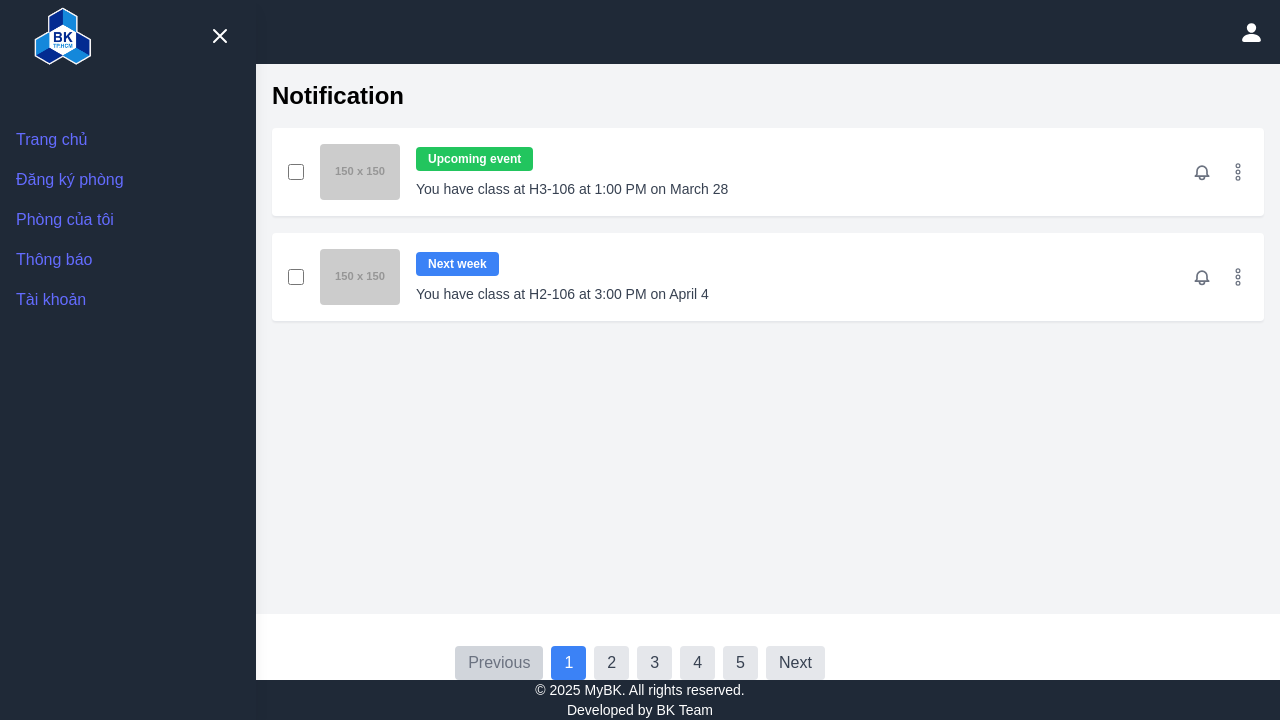
Repository: CNPM-S3MRS/frontend-web
Page: /notification
An editor plug-in stored every save of this project. The page is shown before and after the next save, followed by the edit.
The browser window is 1280 px wide. The pictures show the whole page.
The project was rebuilt for these pictures with package versions that can differ from the ones it lists, and the page was loaded fresh each time. Also part of the build but not shown: vite.config.js, src/pages/auth/Login.jsx.

Above is the page before, as saved 2025-04-09 03:08:10.

### src/App.jsx
import { BrowserRouter as Router, Routes, Route } from 'react-router-dom';
import Login from '@/pages/auth/Login';
import Notification from './pages/notification/notification';

function App() {
  return (
    <Router>
      <Routes>
        <Route path="/login" element={<Login />} />
        <Route path="/notification" element={<Notification />} /> {/* Add this route */}
        <Route path="/" element={<div>Trang chủ</div>} />
      </Routes>
    </Router>
  );
}

export default App;

### src/index.css
@tailwind base;
@tailwind components;
@tailwind utilities;


:root {
  font-family: system-ui, Avenir, Helvetica, Arial, sans-serif;
  line-height: 1.5;
  font-weight: 400;

  color-scheme: light dark;
  color: rgba(255, 255, 255, 0.87);
  background-color: #242424;

  font-synthesis: none;
  text-rendering: optimizeLegibility;
  -webkit-font-smoothing: antialiased;
  -moz-osx-font-smoothing: grayscale;
}

a {
  font-weight: 500;
  color: #646cff;
  text-decoration: inherit;
}
a:hover {
  color: #535bf2;
}

/* body {
  margin: 0;
  display: flex;
  place-items: center;
  min-width: 320px;
  min-height: 100vh;
} */

h1 {
  font-size: 3.2em;
  line-height: 1.1;
}

.header-button {
  background: none;
  border: none;
  color: inherit;
  cursor: pointer;
  padding: 0;
  display: inline-flex;
  align-items: center;
  justify-content: center;
}


.sidebar-button {
  background: none;
  border: none;
  color: inherit;
  cursor: pointer;
  padding: 0.5rem;
  display: inline-flex;
  align-items: center;
  justify-content: center;
}

button {
  border-radius: 8px;
  border: 1px solid transparent;
  padding: 0.6em 1.2em;
  font-size: 1em;
  font-weight: 500;
  font-family: inherit;
  background-color: #1a1a1a;
  cursor: pointer;
  transition: border-color 0.25s;
}
button:hover {
  border-color: #646cff;
}
button:focus,
button:focus-visible {
  outline: 4px auto -webkit-focus-ring-color;
}
h1 {
  font-size: 1.5rem;
  font-weight: bold;
  margin-bottom: 1rem;
}
body {
  font-family: Arial, sans-serif;
  background-color: #ffffff;
  color: #000000;
}

input[type="checkbox"] {
  width: 1rem;
  height: 1rem;
}

@media (prefers-color-scheme: light) {
  :root {
    color: #213547;
    background-color: #ffffff;
  }
  a:hover {
    color: #747bff;
  }
  button {
    background-color: #f9f9f9;
  }
}

### src/pages/notification/notification.jsx
import React, { useState } from "react";
import Sidebar from "../../components/bars/Sidebar";
import NotificationCard from "../../components/card/NotificationCard";
import Header from "../../components/header/Header";
import Footer from "../../components/footer/Footer";
import Pagination from "../../components/pagination/Pagination";

const Notification = () => {
  const [isSidebarOpen, setIsSidebarOpen] = useState(true); // Sidebar is visible by default
  const [currentPage, setCurrentPage] = useState(1);
  const totalPages = 5;
  const handlePageChange = (page) => {
    setCurrentPage(page);
    console.log(`Current Page: ${page}`);
    // Add logic to fetch or display data for the selected page
  };

  return (
    <div className="flex flex-col h-screen">
      {/* Header */}
      <Header isSidebarOpen={isSidebarOpen} setIsSidebarOpen={setIsSidebarOpen} />

      <div className="flex flex-grow">
        {/* Sidebar */}
        <Sidebar isSidebarOpen={isSidebarOpen} setIsSidebarOpen={setIsSidebarOpen} />

        {/* Main Content */}
        <div
          className={`flex-grow p-4 bg-gray-100 transition-all duration-300 ${
            isSidebarOpen ? "ml-64" : "ml-0"
          }`}
        >
          <h1 className="text-2xl font-bold mb-4">Notification</h1>

          {/* Example Notification Cards */}
          <NotificationCard
            image="https://via.placeholder.com/150"
            status="Upcoming event"
            statusColor="green"
            message="You have class at H3-106 at 1:00 PM on March 28"
          />
          <NotificationCard
            image="https://via.placeholder.com/150"
            status="Next week"
            statusColor="blue"
            message="You have class at H2-106 at 3:00 PM on April 4"
          />
        </div>
      </div>
      {/* Pagination */}
      <div className="flex justify-center mt-4">
            <Pagination
              currentPage={currentPage}
              totalPages={totalPages}
              onPageChange={handlePageChange}
            />
      </div>
      {/* Footer */}
      <Footer />
    </div>
  );
};

export default Notification;

### src/components/bars/Sidebar.jsx
import React from "react";
import { NavLink } from "react-router-dom";
import LogoBK from "../../assets/LogoBK.jpg"; // Adjust the path as necessary
const Sidebar = ({ isSidebarOpen, setIsSidebarOpen }) => {
  return (
    <div
      className={`fixed inset-y-0 left-0 w-64 bg-gray-800 text-white shadow-lg z-50 transform ${
        isSidebarOpen ? "translate-x-0" : "-translate-x-full"
      } transition-transform duration-300`}
    >
      <div className="flex items-center content-center">
        <img src={LogoBK} alt="Logo" className="w-17 h-20 object-contain" />
      </div>
      {/* Close Button */}
      <button
        onClick={() => setIsSidebarOpen(false)}
        className="sidebar-button absolute top-4 right-4 text-white focus:outline-none"
        aria-label="Close Sidebar"
      >
        <svg
          xmlns="http://www.w3.org/2000/svg"
          width="24"
          height="24"
          fill="none"
          viewBox="0 0 24 24"
          stroke="currentColor"
        >
          <path
            strokeLinecap="round"
            strokeLinejoin="round"
            strokeWidth={2}
            d="M6 18L18 6M6 6l12 12"
          />
        </svg>
      </button>

      {/* Sidebar Links */}
      <ul className="mt-8 space-y-4 p-4">
        <li>
          <NavLink to="/" className="hover:text-gray-400">
            Trang chủ
          </NavLink>
        </li>
        <li>
          <NavLink to="/register-room" className="hover:text-gray-400">
            Đăng ký phòng
          </NavLink>
        </li>
        <li>
          <NavLink to="/my-rooms" className="hover:text-gray-400">
            Phòng của tôi
          </NavLink>
        </li>
        <li>
          <NavLink to="/notification" className="hover:text-gray-400">
            Thông báo
          </NavLink>
        </li>
        <li>
          <NavLink to="/account" className="hover:text-gray-400">
            Tài khoản
          </NavLink>
        </li>
      </ul>
    </div>
  );
};

export default Sidebar;

### src/components/card/NotificationCard.jsx
import React from "react";

const NotificationCard = ({ image, status, statusColor, message }) => {
  const statusColorClass = {
    green: "bg-green-500",
    blue: "bg-blue-500",
    red: "bg-red-500",
  };
  return (
    <div className="flex items-center justify-between w-full p-4 border-b bg-white shadow-sm rounded mb-4">
      {/* Left Section */}
      <div className="flex items-center space-x-4">
        {/* Checkbox */}
        <input type="checkbox" className="w-4 h-4" />

        {/* Image */}
        <img
          src={image}
          alt="Notification"
          className="w-20 h-14 object-cover rounded"
        />

        {/* Content */}
        <div>
          {/* Status Badge */}
          <span
            className={`inline-block px-3 py-1 text-xs font-semibold text-white rounded ${
              statusColorClass[statusColor] || "bg-gray-500"
            }`}
          >
            {status}
          </span>
          {/* Message */}
          <p className="text-sm text-gray-700 mt-2">{message}</p>
        </div>
      </div>

      {/* Right Section (Icons) */}
      <div className="flex items-center space-x-4">
        {/* Bell Icon */}
        <svg
          xmlns="http://www.w3.org/2000/svg"
          className="h-5 w-5 text-gray-500"
          fill="none"
          viewBox="0 0 24 24"
          stroke="currentColor"
        >
          <path
            strokeLinecap="round"
            strokeLinejoin="round"
            strokeWidth={2}
            d="M15 17h5l-1.405-1.405A2.032 2.032 0 0118 14.158V11a6 6 0 10-12 0v3.159c0 .538-.214 1.055-.595 1.436L4 17h5m6 0v1a3 3 0 11-6 0v-1m6 0H9"
          />
        </svg>

        {/* Three-Dot Icon */}
        <svg
          xmlns="http://www.w3.org/2000/svg"
          className="h-5 w-5 text-gray-500"
          fill="none"
          viewBox="0 0 16 16"
          stroke="currentColor"
        >
          <path
            strokeLinecap="round"
            strokeLinejoin="round"
            d="M9.5 13a1.5 1.5 0 1 1-3 0 1.5 1.5 0 0 1 3 0m0-5a1.5 1.5 0 1 1-3 0 1.5 1.5 0 0 1 3 0m0-5a1.5 1.5 0 1 1-3 0 1.5 1.5 0 0 1 3 0"
          />
        </svg>
      </div>
    </div>
  );
};

export default NotificationCard;

### src/components/header/Header.jsx
import React, { useState } from "react";
import { NavLink } from "react-router-dom";
import LogoBK from "../../assets/LogoBK.jpg"; // Adjust the path as necessary

const Header = ({ isSidebarOpen, setIsSidebarOpen }) => {
    return (
      <header className="flex items-center justify-between px-4 bg-gray-800 text-white">
        {/* Left Section: Hamburger Menu and Logo */}
        <div className="flex items-center space-x-2">
          {/* Hamburger Menu */}
          <button
            onClick={() => setIsSidebarOpen(!isSidebarOpen)}
            className="header-button focus:outline-none"
            aria-label="Toggle Sidebar"
          >
            <svg
              xmlns="http://www.w3.org/2000/svg"
              width="24"
              height="24"
              fill="currentColor"
              className="bi bi-list"
              viewBox="0 0 16 16"
            >
              <path
                fillRule="evenodd"
                d="M2.5 12a.5.5 0 0 1 .5-.5h10a.5.5 0 0 1 0 1H3a.5.5 0 0 1-.5-.5m0-4a.5.5 0 0 1 .5-.5h10a.5.5 0 0 1 0 1H3a.5.5 0 0 1-.5-.5m0-4a.5.5 0 0 1 .5-.5h10a.5.5 0 0 1 0 1H3a.5.5 0 0 1-.5-.5"
              />
            </svg>
          </button>

          {/* Logo */}
          <img src={LogoBK} alt="Logo" className="w-17 h-16 object-contain" />


        </div>
        {/* Account */}
        <button
            className="header-button focus:outline-none"
            aria-label="Login"
            onClick={() =>
                (window.location.href =
                  "https://sso.hcmut.edu.vn/cas/login?service=https://mybk.hcmut.edu.vn/my/homeSSO.action")
            }
        >
            <svg
            xmlns="http://www.w3.org/2000/svg"
            width="25"
            height="25"
            fill="currentColor"
            className="bi bi-person-circle"
            viewBox="0 0 16 16"
            >
            <path d="M3 14s-1 0-1-1 1-4 6-4 6 3 6 4-1 1-1 1zm5-6a3 3 0 1 0 0-6 3 3 0 0 0 0 6" />

            <path d="M8 8a2 2 0 1 0 0-4 2 2 0 0 0 0 4z" />
            <path
                fillRule="evenodd"
                d="M8 9a3 3 0 0 0-2.83 2h5.66A3 3 0 0 0 8 9z"
            />
            </svg>
        </button>
      </header>
    );
  };

  export default Header;

### src/components/footer/Footer.jsx
import React from "react";

const Footer = () => {
    return(
        <footer className="bg-gray-800 text-white">

            <div className="container mx-auto text-center">
                <p className="text-sm">&copy; {new Date().getFullYear()} MyBK. All rights reserved.</p>
                <p className="text-sm">Developed by BK Team</p>
            </div>
        </footer>
    );
};

export default Footer;

### src/components/pagination/Pagination.jsx
import React from "react";

const Pagination = ({ currentPage, totalPages, onPageChange }) => {
  const handlePrevious = () => {
    if (currentPage > 1) {
      onPageChange(currentPage - 1);
    }
  };

  const handleNext = () => {
    if (currentPage < totalPages) {
      onPageChange(currentPage + 1);
    }
  };

  const renderPageNumbers = () => {
    const pageNumbers = [];
    const maxVisiblePages = 5; // Maximum number of visible pages

    if (totalPages <= maxVisiblePages) {
      // Show all pages if total pages are less than or equal to maxVisiblePages
      for (let i = 1; i <= totalPages; i++) {
        pageNumbers.push(renderPageButton(i));
      }
    } else {
      // Show ellipsis for large page ranges
      if (currentPage > 2) {
        pageNumbers.push(renderPageButton(1)); // First page
        if (currentPage > 3) {
          pageNumbers.push(<span key="start-ellipsis">...</span>); // Ellipsis
        }
      }

      // Show current page and surrounding pages
      const startPage = Math.max(2, currentPage - 1);
      const endPage = Math.min(totalPages - 1, currentPage + 1);
      for (let i = startPage; i <= endPage; i++) {
        pageNumbers.push(renderPageButton(i));
      }

      if (currentPage < totalPages - 1) {
        if (currentPage < totalPages - 2) {
          pageNumbers.push(<span key="end-ellipsis">...</span>); // Ellipsis
        }
        pageNumbers.push(renderPageButton(totalPages)); // Last page
      }
    }

    return pageNumbers;
  };

  const renderPageButton = (page) => (
    <button
      key={page}
      onClick={() => onPageChange(page)}
      className={`px-3 py-1 mx-1 rounded ${
        page === currentPage
          ? "bg-blue-500 text-white"
          : "bg-gray-200 text-gray-700 hover:bg-gray-300"
      }`}
    >
      {page}
    </button>
  );

  return (
    <div className="flex items-center justify-center mt-4">
      {/* Previous Button */}
      <button
        onClick={handlePrevious}
        disabled={currentPage === 1}
        className={`px-3 py-1 mx-1 rounded ${
          currentPage === 1
            ? "bg-gray-300 text-gray-500 cursor-not-allowed"
            : "bg-gray-200 text-gray-700 hover:bg-gray-300"
        }`}
      >
        Previous
      </button>

      {/* Page Numbers */}
      {renderPageNumbers()}

      {/* Next Button */}
      <button
        onClick={handleNext}
        disabled={currentPage === totalPages}
        className={`px-3 py-1 mx-1 rounded ${
          currentPage === totalPages
            ? "bg-gray-300 text-gray-500 cursor-not-allowed"
            : "bg-gray-200 text-gray-700 hover:bg-gray-300"
        }`}
      >
        Next
      </button>
    </div>
  );
};

export default Pagination;

### tailwind.config.js
/** @type {import('tailwindcss').Config} */
module.exports = {
  content: ["./src/**/*.{js,jsx,ts,tsx}"], // Include all source files
  theme: {
    extend: {},
  },
  plugins: [],
};

Loaded but not shown: index.html (common file); src/main.jsx (common file)

After the next save:
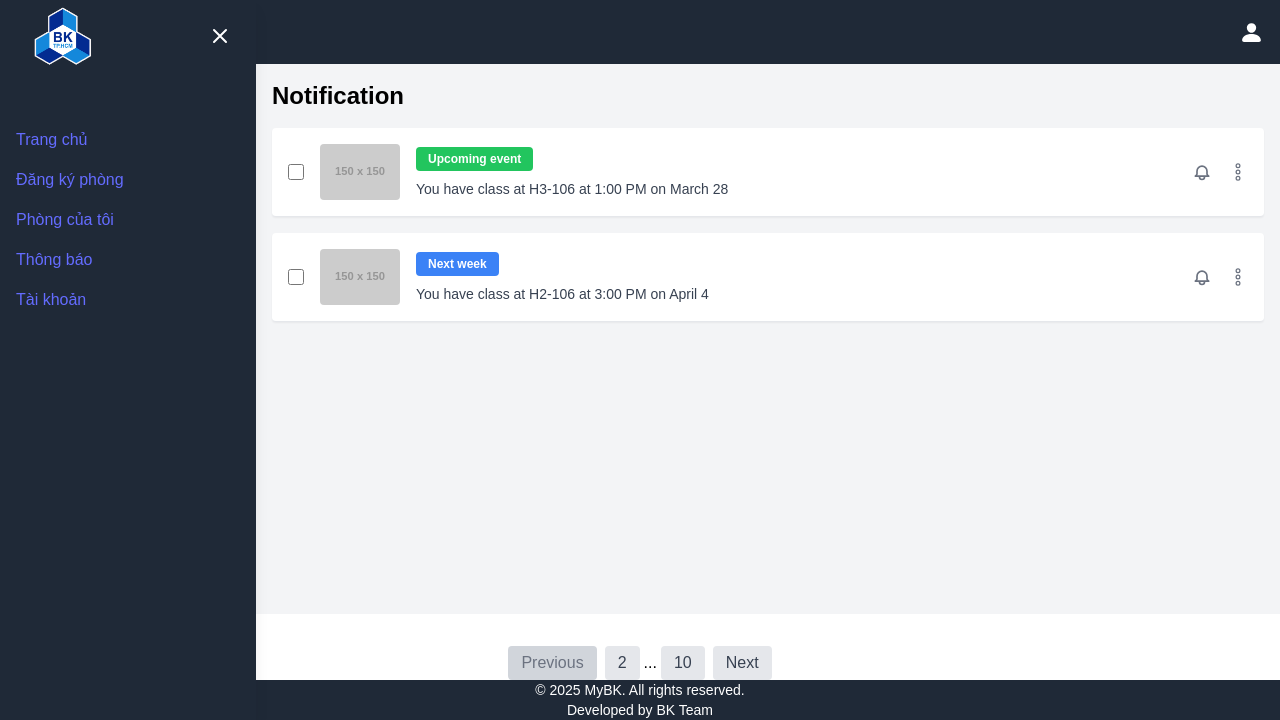
Saved 20 s later.
--- a/src/pages/notification/notification.jsx
+++ b/src/pages/notification/notification.jsx
@@ -8,7 +8,7 @@
 const Notification = () => {
   const [isSidebarOpen, setIsSidebarOpen] = useState(true); // Sidebar is visible by default
   const [currentPage, setCurrentPage] = useState(1);
-  const totalPages = 5;
+  const totalPages = 10;
   const handlePageChange = (page) => {
     setCurrentPage(page);
     console.log(`Current Page: ${page}`);
